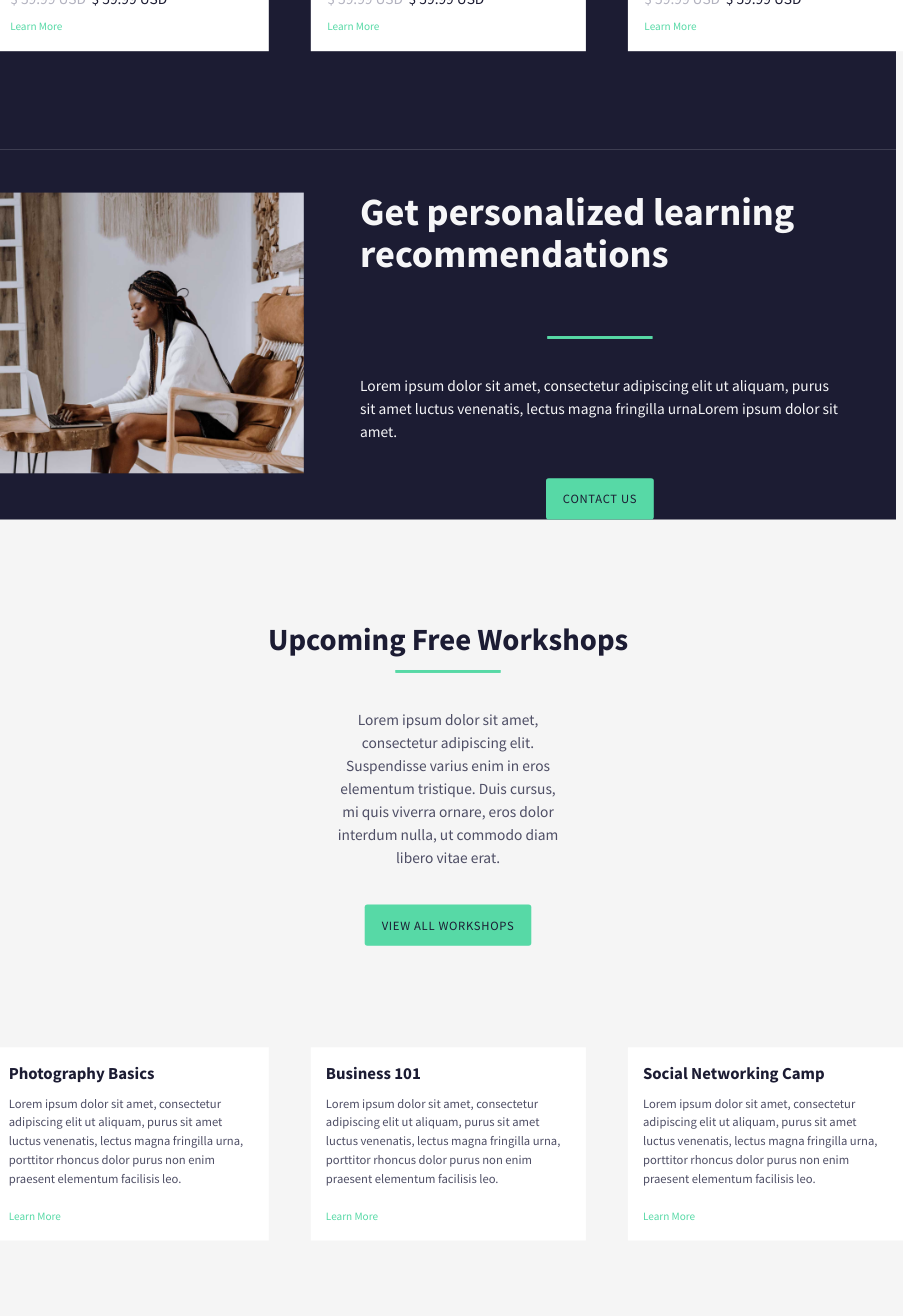
Repository: saidabbasun/skillz
Page: /
An editor plug-in stored every save of this project. The page is shown before and after a run of saves, followed by the edit.
The browser window is 1280 px wide. The page is 1290 px wide, so the pictures cover 1290 px, including what lies to the right of the window. The pictures show the part of the page from y = 2103 to 3983 px (the page is 4525 px tall before and 4475 px after), at 70% of full size.
The project was rebuilt for these pictures with package versions that can differ from the ones it lists, and the page was loaded fresh each time.

Above is the page before, as saved 2022-06-13 14:56:04.

### public/index.html
<!DOCTYPE html>
<html lang="en">
  <head>
    <meta charset="utf-8" />

    <meta name="viewport" content="width=device-width, initial-scale=1" />
    <meta name="theme-color" content="#000000" />
    <link rel="stylesheet" href="https://unicons.iconscout.com/release/v4.0.0/css/line.css">
    <link rel="stylesheet" href="path/to/font-awesome/css/font-awesome.min.css">
    <title>React App</title>
  </head>
  <body>

    <div id="root"></div>

  </body>
</html>

### src/index.js
import React from 'react';
import ReactDOM from 'react-dom/client';
import { BrowserRouter } from "react-router-dom";
import App from './App';


const root = ReactDOM.createRoot(document.getElementById('root'));
root.render(
  <BrowserRouter>
    <App />
  </BrowserRouter>
);

### src/App.js
import Courses from './Components/Courses/Courses';
import Header from './Components/Header';
import Home from './Components/Home';
import Workshops from './Components/Workshops/Workshops';
import './styles/Globl/collection.scss';

function App() {
  return (
    <div>
    <Header/>
    <Home/>
    <Courses/>
    <Workshops/>
    </div>
  );
}

export default App;

### src/Components/Courses/Courses.jsx
import React from "react";
import {Link} from 'react-router-dom'
import Cart from "./Cart";
import ContactUs from '../../assets/images/Contact.png'

const Courses = () => {
  return (
    <div className="container">
        <div className="coursesWrap">

      <div className="coursesTitle">Featured Courses
      <hr className="coursesHr" />
      </div>

      <div className="coursesText">
        Lorem ipsum dolor sit amet, consectetur adipiscing elit. Suspendisse
        varius enim in eros elementum tristique. Duis cursus, mi quis viverra
        ornare, eros dolor interdum nulla, ut commodo diam libero vitae erat.
      </div>
      <Link to={`/`} className="homeBtn ">
      View All Courses
                </Link>
        </div>
        <div className="cartWrap">
       <Cart />
       <Cart/>
       <Cart/>
        </div>
        <div className="contactUs">
          <div className="contactLeftWrap">
          <img src={ContactUs} className='contactImg' alt="Contact us" />
          </div>

          <div className="contactRightWrap">
          <p className='homeTitle'>Get personalized learning recommendations

          </p>
          <hr className="contactHr" />

                <p className="homeText contactText">Lorem ipsum dolor sit amet, consectetur adipiscing elit ut aliquam, purus sit amet luctus venenatis, lectus magna fringilla urnaLorem ipsum dolor sit amet.</p>

                <Link to={`/`} className="homeBtn">
                Contact Us
                </Link>
            </div>
          </div>
        </div>

  );
};

export default Courses;

### src/Components/Header.jsx
import React from 'react'

import { Link } from 'react-router-dom';
import Logo from '../assets/images/Logo.svg';
const Header = () => {
  return (
    <div>
        <div className="topDiscount">
            <p>One week only—50% off all courses with code 50OFF at checkout</p>
        </div>
        <div className="container">
            <div className="navbar">
                <Link  to={`/`}>
                <img src={Logo} alt="logo" />
                </Link>
                <div className="navbarNav">
                    <div className="navItem">
                        <Link  to={`/`} className='navLink'>Courses</Link>
                    </div>
                    <div className="navItem">
                        <Link  to={`/`} className='navLink'>Free Workshops</Link>
                    </div>
                    <div className="navItem">
                        <Link  to={`/`} className='navLink'>Blog</Link>
                    </div>
                    <div className="navItem">
                        <Link  to={`/`} className='navLink'>About</Link>
                    </div>
                    <div className="navItem">
                        <Link  to={`/`} className='navLink'>Contact</Link>
                    </div>
                </div>
                <div className="storWrapper">
                <Link  to={`/`}>
                <i className ="uil uil-shopping-cart stor"></i>
                </Link>
                     <div className="count">
                        <p>0</p>
                     </div>
                </div>
            </div>
        </div>
    </div>
  )
}

export default Header

### src/Components/Home.jsx
import React from 'react'
import { Link } from 'react-router-dom'

const Home = () => {
  return (
    <div className='container'>
        <div className="row">
            <div className="col5">
                <div className="CourseHome">
                    Featured Course
                </div>
                <p className='homeTitle'>Run your own online learning platform</p>
                <p className="homeText">A deep-dive on the Instagram algorythm, hashtags, content strategy, and branding.</p>
                <p className="homeAfter">Kathryn Murphy</p>
                <Link to={`/`} className="homeBtn">
                Learn More
                </Link>
            </div>
            <div className="col7">
            <div className="waveLine"></div>
                <div className="bgRectangle">

                    <div className="Rectangle1"></div>
                    <div className="Rectangle2"></div>
                    <div className="Rectangle3"></div>


                </div>
            </div>
        </div>

    </div>
  )
}

export default Home

### src/Components/Workshops/Workshops.jsx
import React from 'react'
import {Link} from 'react-router-dom';
import { Swiper, SwiperSlide } from "swiper/react";
import "swiper/css";
import "swiper/css/pagination";
import "swiper/css/navigation";

// import required modules
import { Autoplay, Pagination } from "swiper";


const Workshops = () => {

   const  listCart=[
    'Photography Basics' ,
'Business 101',
'Social Networking Camp']
  return (
    <>
    <div className='container'>
         <div className=" workshopsWrap">

<div className="coursesTitle Title ">Upcoming Free Workshops
<hr className="coursesHr" />
</div>

<div className="coursesText Text">
  Lorem ipsum dolor sit amet, consectetur adipiscing elit. Suspendisse
  varius enim in eros elementum tristique. Duis cursus, mi quis viverra
  ornare, eros dolor interdum nulla, ut commodo diam libero vitae erat.
</div>
<Link to={`/`} className="homeBtn ">
View All Workshops
          </Link>
  </div>
    </div>
    <div className="cartWrap workshopsCart">
   {listCart.map((data ,ind)=>(

       <div key={ind} className="cart">
           <p className="cartTitle">
           {data}
           </p>
           <p className="cartText">
           Lorem ipsum dolor sit amet, consectetur adipiscing elit ut aliquam, purus sit amet luctus venenatis, lectus magna fringilla urna, porttitor rhoncus dolor purus non enim praesent elementum facilisis leo.
           </p>
           <Link to={`/`} className='cartLink'>Learn More</Link>

   </div>
   ))}
   </div>
   <div className="caruselWrapper">
   <Swiper
        spaceBetween={50}
        centeredSlides={true}
        autoplay={{
          delay: 3500,
          disableOnInteraction: false,
        }}
        pagination={{
          clickable: true,
        }}

        modules={[Autoplay, Pagination]}
        className="mySwiper"
      >
        <SwiperSlide>
        <i className="uil uil-star"></i>
            <div className="caruselText">


            “Kate’s courses are a game changer. She’s thorough, organized, and explains things in a no-nonsense way that makes it easy for anyone—beginners to experts—to learn something from her courses and take their game to the next level.”
            </div>
            <div className="caruselAfter">
            James Brown, Influencer
            </div>
        </SwiperSlide>
        <SwiperSlide>
        <i className="uil uil-star"></i>
        <div className="caruselText">

                        “Kate’s courses are a game changer. She’s thorough, organized, and explains things in a no-nonsense way that makes it easy for anyone—beginners to experts—to learn something from her courses and take their game to the next level.”

            “Kate’s courses are a game changer. She’s thorough, organized, and explains things in a no-nonsense way that makes it easy for anyone—beginners to experts—to learn something from her courses and take their game to the next level.”
            </div>
            <div className="caruselAfter">
            James Brown, Influencer
            </div>
        </SwiperSlide>

      </Swiper>
   </div>
    </>
  )
}

export default Workshops

### src/styles/Globl/collection.scss
@import './globl';
@import './variables.scss';
@import './mixin';
@import '../Globl/font-face.scss';
@import '../Header.scss';
@import '../Home.scss';
@import '../Courses.scss';
@import '../Workshops.scss';

### src/Components/Courses/Cart.jsx
import React from 'react'
import {Link} from 'react-router-dom';
import Course from '../../assets/images/Course1.png'
const Cart = () => {
  return (
    <div className='cart'>
   <img className='cartImg' src={Course} alt="img" />
   <div className="cartBody">

      <div className="cartText">
      How to Increase Your Engagement on Instagram
      </div>
      <div className="homeAfter">
      Katie Murphy
      </div>
      <div className="PriceWrap">


      <div className="Price oldPrice">
      $ 59.99 USD
      </div>
      <div className="Price ">
      $ 59.99 USD
      </div>
      </div>
      <Link to={`/`} className='cartLink'>Learn More</Link>
   </div>
    </div>
  )
}

export default Cart

### src/styles/Globl/_globl.scss

@import './variables.scss';
*{
    box-sizing: border-box;
    padding: 0;
    margin: 0;
    font-family:SourceSansProRegular ;
    color: $color_bg_title;
}
body{
    background-color: $color_body;
}
.container{
    margin: 0 auto;


}

### src/styles/Globl/variables.scss
$color_btn:#57D9A6;
$color_body:#F5F5F5;
$color_bg_title:#1C1C33;
$text_footer: #F6F6F8;
$color_text:#4E4E65;
$color_white:#FFFFFF;
$color_cartBg:#FC5468;
$rastangle_size:100px;

### src/styles/Globl/_mixin.scss
@import '../Globl/variables.scss';
@mixin flexbox {
    display: flex;
    align-items: center;
}
@mixin Rectangle($radius,$namber) {

 position: absolute;

    width:  calc(#{$rastangle_size}  *#{$namber});
    height:  calc(#{$rastangle_size}  * #{$namber});
     border-radius: 50%;
     border-top-right-radius: $radius;
     background-color: $color_btn;
     box-shadow: 14px 14px 20px rgba(28, 28, 51, 0.5);
}

### src/styles/Globl/font-face.scss


@font-face {
    font-family: SourceSansProRegular;

    src:  url('../../assets/fontFamily/SourceSansPro-Regular.ttf');
  }
  @font-face {
    font-family: SourceSansProBold;

    src:  url('../../assets/fontFamily/SourceSansPro-Bold.ttf');
  }
  @font-face {
    font-family: SourceSansProItalic;

    src:  url('../../assets/fontFamily/SourceSansPro-Italic.ttf');
  }

### src/styles/Header.scss
@import './Globl/variables.scss';
@import './Globl/mixin';
.topDiscount{
    background-color:$color_btn;
    font-weight: 400;
font-size: 18px;
text-align: center;

padding: 8px 0;

}
.navbar{
    @include flexbox;
    background-color:$color_bg_title;
    justify-content:space-between;
    padding: 24px 82px;
}
.navbarNav{
    @include flexbox;
 column-gap: 40px;
}

.navLink{

    font-weight: 400;
font-size: 17px;
    text-decoration: none;
    color: $text_footer;
}
.storWrapper{
    position: relative;
}
.stor{
    color:$color_white;
    font-size: 40px;


}
.count{
    padding:0  6px;
    background-color: $color_cartBg;
    color: $color_white;
    position: absolute;
    border-radius: 50%;
    font-size: 11px;
    line-height: 18px;
    position: absolute;
    top: 3px;
    right: 0;

}

### src/styles/Home.scss
@import './Globl/variables.scss';
@import './Globl/mixin';
.row{

    padding:0 0 120px 82px;
 @include flexbox;

 background-color: $color_bg_title;
}
.col5{
    width: 35%;

    color: $text_footer;
}
.CourseHome{
   width: 150px;
   padding: 7px 0;
    font-weight: 400;
font-size: 16px;
letter-spacing: 1px;
text-transform: uppercase;
color: $text_footer;
border-bottom: 2px solid $color_btn;
}
.homeTitle{
    font-family: SourceSansProBold;
    padding: 59px 0 22px;
    font-weight: 700;
font-size: 55px;
line-height: 60px;
color: $text_footer;
}
.homeText{
    line-height: 33px;
font-weight: 400;
font-size: 22px;
color: $text_footer;
}
.homeAfter{
    margin: 22px 0 48px ;
    font-weight: 400;
font-size: 17px;
line-height: 27px;
color: #B2B2BF;
}
.homeBtn{

    font-weight: 400;
font-size: 18px;
line-height: 27px;
padding: 16px 24px;
letter-spacing: 1px;
text-transform: uppercase;
background-color: $color_btn;
color: $color_bg_title;
text-decoration: none   ;
border-radius: 4px;
}

.col7{
    position: relative;
    width: 60%;

    padding-top: 200px;
}

.bgRectangle{
position: relative;

 margin: 0 auto;
   width:calc(#{$rastangle_size} * 6.2);
    height: calc(#{$rastangle_size}  * 6.2);
    filter: drop-shadow(21px 21px 30px rgba(28, 28, 51, 0.4));
    border-radius: 50%;
    border-top-left-radius: 8px;

    background-image: url(../assets/images/homeImg.png);
}
    .waveLine{
      position: absolute;
      top: 150px;
      left: 90px;
        width: calc(#{$rastangle_size} * 3.5);
        height:calc(#{$rastangle_size}*2.38);
        background-image: url(../assets/images/Line.png);
        background-repeat: repeat-y;
        background-position: center;
    }
    .Rectangle1{
        @include Rectangle(6px,1) ;
      transform: rotate(-90deg);
        top: -50px;
        left: 300px;
    }
    .Rectangle2{
        @include Rectangle(16px,1.5) ;
       top: -20px;
       right: 45px;

    }
    .Rectangle3{
        @include Rectangle(36px,3.4) ;
        right: -100px;
        bottom: 20px;
    }

### src/styles/Courses.scss
@import './Globl/variables.scss';
@import './Globl/mixin';
.coursesWrap{
    background-color: $color_bg_title;
    padding: 80px 82px;
    display: flex;
    justify-content: center;
    flex-direction: column;
    align-items: center;
}
.coursesTitle{
    font-family: SourceSansProBold;
    color:$text_footer ;
    font-weight: 700;
font-size: 44px;
line-height: 53px;

}
.coursesHr{
    margin: 0 auto;
    width: 150px;
    background-color: $color_btn;
    border:2px solid  $color_btn;
    margin-top: 17px;

}
.coursesText{
    font-weight: 400;
font-size: 22px;
line-height: 33px;
color:$text_footer ;
text-align: center;
padding: 50px 400px;

}
.cartWrap{
    display: grid;
    align-items: center;
    grid-template-columns:repeat(3,auto);
    justify-content: center;
    gap: 60px;
    background-color: $color_bg_title;
    padding: 0 82px 140px;

}
.cart{
    width: 393px;
    background-color: $color_white;
}
.cartImg{

    height: 197px;
}
.cartBody{
    padding: 22px 90px 25px 24px;
}
.cartText{
    font-weight: 400;
font-size: 24px;
line-height: 29px;

}
.homeAfter{
    font-weight: 400;
font-size: 17px;
line-height: 27px;
color: $color_text;

}
.PriceWrap{
    display: flex;
    column-gap: 8px;
    padding: 8px 0 15px ;
}
.Price{
    font-weight: 400;
font-size: 22px;


}
.oldPrice{
    color: #B2B2BF;
}
.cartLink{
    font-weight: 400;
font-size: 16px;
line-height: 21px;
color: #57D9A6;
text-decoration: none;
}
.contactUs{
    @include flexbox;
    justify-content: center;
    background-color: $color_bg_title;
}
.contactLeftWrap{
    width: 70%;
}
.contactRightWrap{
    padding: 0 80px;
    @include flexbox;
    justify-content: center;
    flex-direction: column;

    row-gap: 50px;
}
.contactHr{
    width: 150px;
    background-color: $color_btn;
    border: 2px solid $color_btn;
    margin-top: 16px;
}
.contactImg{
    width: 100%;
}
.contactText{

}

### src/styles/Workshops.scss
@import './Globl/variables.scss';
.workshopsWrap{
    padding: 145px 82px;
    display: flex;
    justify-content: center;
    flex-direction: column;
    align-items: center;

    .Title{
        color: $color_bg_title;
    }
    .Text{
        color: $color_text
    }
}
.workshopsCart{
    background-color: transparent;
    .cart{
        padding: 22px 36px 24px 22px;

    }
    .cartTitle{
        font-family: SourceSansProBold;
        font-weight: 700;
font-size: 24px;
line-height: 29px;
    }
    .cartText{
        font-weight: 400;
font-size: 18px;
line-height: 27px;
color: $color_text;
padding: 15px 0 30px;
    }
}
.caruselWrapper{
    padding: 82px 117px 300px  117px;
    background-color: $color_btn;
    padding: 40px 0;
    text-align: center;
}
.caruselText{
    padding: 40px 500px;
}
.caruselAfter{
    padding-bottom: 70px;
}

After the next 2 saves:
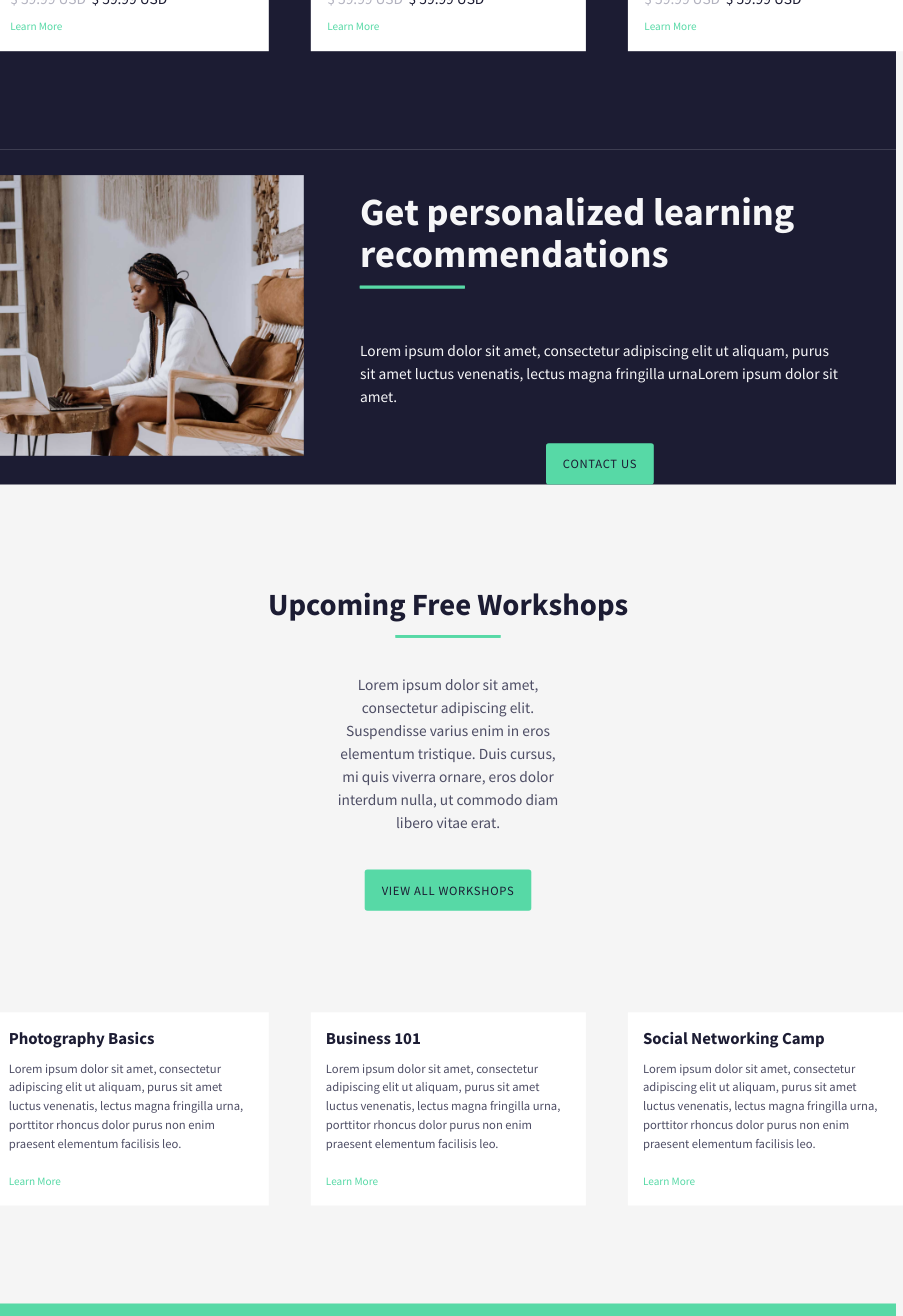
The 2 saves are shown as one change because they came seconds apart.
The last was saved 38 s later.
--- a/src/Components/Courses/Courses.jsx
+++ b/src/Components/Courses/Courses.jsx
@@ -33,9 +33,9 @@ const Courses = () => {
 
           <div className="contactRightWrap">
           <p className='homeTitle'>Get personalized learning recommendations
+          <hr className="contactHr" />
+          </p>
 
-          </p>
-          <hr className="contactHr" />
 
                 <p className="homeText contactText">Lorem ipsum dolor sit amet, consectetur adipiscing elit ut aliquam, purus sit amet luctus venenatis, lectus magna fringilla urnaLorem ipsum dolor sit amet.</p>
 
